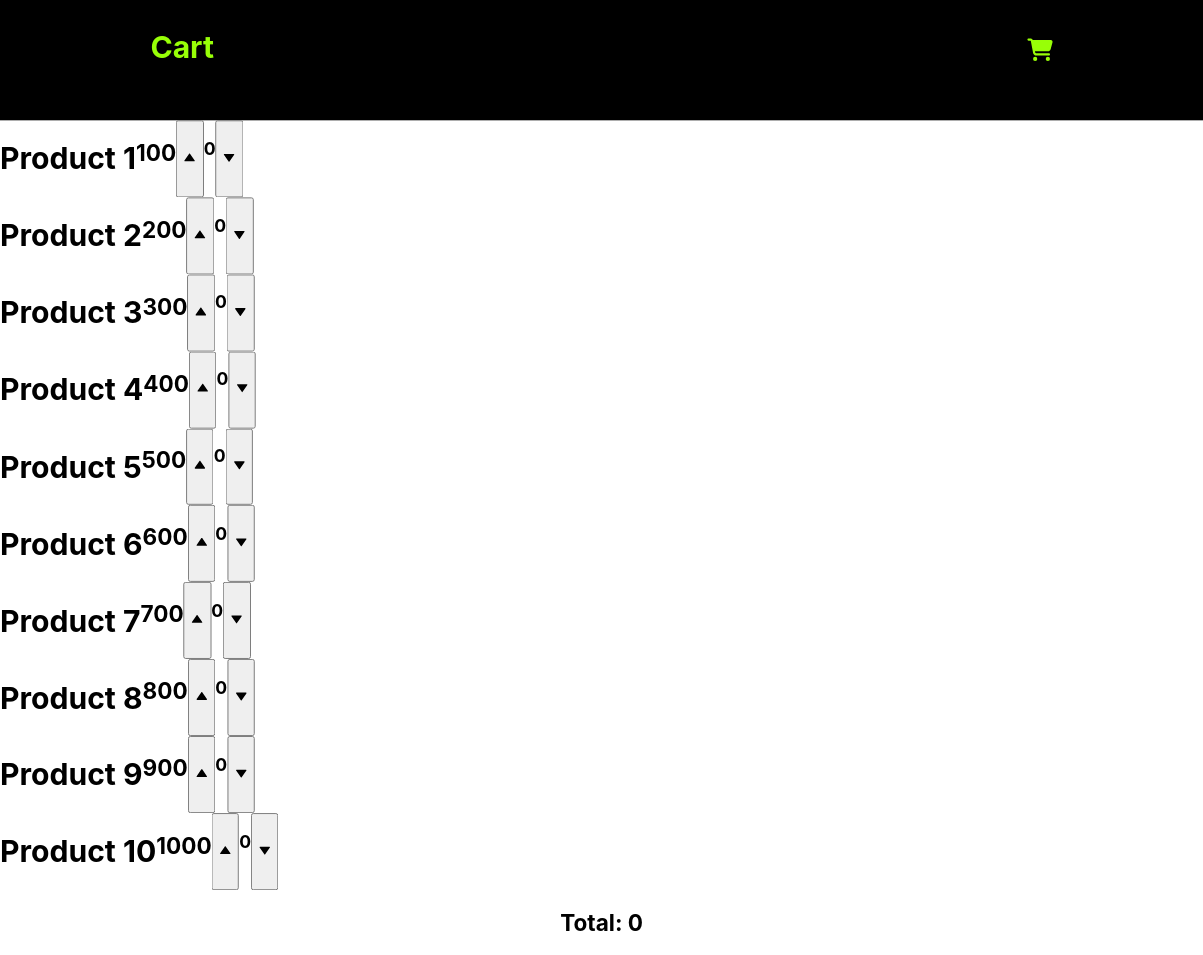
Repository: sriram1224/Cart-react-app
Page: /
An editor plug-in stored every save of this project. The page is shown before and after the next save, followed by the edit.
The browser window is 1280 px wide. The pictures show the whole page, at 94% of full size.
The project was rebuilt for these pictures with package versions that can differ from the ones it lists, and the page was loaded fresh each time.

Above is the page before, as saved 2024-03-12 21:24:39.

### src/App.js
import Nav from "./Components/Nav.js"
import './App.css';
import Cart from './Components/cart.js';
function App() {
  return (
    <div className="App">

      <Cart />
    </div>
  );
}

export default App;

### src/Components/Nav.js
import { FontAwesomeIcon } from '@fortawesome/react-fontawesome';
import { faShoppingCart } from '@fortawesome/free-solid-svg-icons';
import './Navbar.css';

function Navbar({ cartItems }) {
      console.log(cartItems);
    return (

      <div className="nav-container">
      <div className="cart">
          <div className="heading">
              <h1>
              Cart
              </h1>
          </div>
      <h1>
        <div className="cart-icon-container">
          <FontAwesomeIcon icon={faShoppingCart} className="cart-icon" />
          {cartItems > 0 && (
            <span className="cart-count">{cartItems}</span>
          )}
        </div>

      </h1>
    </div>
      </div>
  );
}

export default Navbar;

### src/Components/cart.js
import React, { useState, useEffect } from "react";
import { BiSolidUpArrow, BiSolidDownArrow } from "react-icons/bi";
import Nav from './Nav'
import './cart.css'
function Cart() {
    const [products, setProducts] = useState([
        { id: "1", name: "Product 1", price: 100, quantity: 0 },
        { id: "2", name: "Product 2", price: 200, quantity: 0 },
        { id: "3", name: "Product 3", price: 300, quantity: 0 },
        { id: "4", name: "Product 4", price: 400, quantity: 0 },
        { id: "5", name: "Product 5", price: 500, quantity: 0 },
        { id: "6", name: "Product 6", price: 600, quantity: 0 },
        { id: "7", name: "Product 7", price: 700, quantity: 0 },
        { id: "8", name: "Product 8", price: 800, quantity: 0 },
        { id: "9", name: "Product 9", price: 900, quantity: 0 },
        { id: "10", name: "Product 10", price: 1000, quantity: 0 }
    ]);

    const [total, setTotal] = useState(0);
    const [cartItems, setCartItems] = useState(0);

    useEffect(() => {
        let newCartItems = 0;
        products.forEach(product => {
            newCartItems += product.quantity;
        });
        setCartItems(newCartItems);
    }, [products]);

    const increaseQuantity = (index) => {
        const updatedProducts = [...products];
        updatedProducts[index].quantity++;
        setProducts(updatedProducts);
        updateTotal();
    };

    const decreaseQuantity = (index) => {
        const updatedProducts = [...products];
        if (updatedProducts[index].quantity > 0) {
            updatedProducts[index].quantity--;
            setProducts(updatedProducts);
            updateTotal();
        }
    };

    const updateTotal = () => {
        let newTotal = 0;
        products.forEach((product) => {
            newTotal += product.quantity * product.price;
        });
        setTotal(newTotal);
    };

    return (

        <div>
             <Nav cartItems={cartItems} />
         <div className="">

            {products.map((product, index) => {
                return (
                    <div className="product-container" key={index}>
                        <h1>{product.name}</h1>
                        <h2>{product.price}</h2>
                        <button onClick={() => increaseQuantity(index)}>
                            <BiSolidUpArrow />
                        </button>
                        <h3>{product.quantity}</h3>
                        <button onClick={() => decreaseQuantity(index)}>
                            <BiSolidDownArrow />
                        </button>
                    </div>
                );
            })}
            <h2>Total: {total}</h2>

        </div>
        </div>
    );
}

export default Cart;

### src/Components/Navbar.css
.cart-icon-container {
    position: relative;
    display: inline-block;
}

.cart-icon {
    font-size: 1.5rem;
    color: rgb(152, 255, 7);
    /* Adjust the size as needed */
}

.cart-count {
    position: absolute;
    top: -10px;
    /* Adjust the vertical positioning */
    right: -10px;
    /* Adjust the horizontal positioning */
    background-color: red;
    color: white;
    border-radius: 50%;
    padding: 2px 6px;
    font-size: 0.8rem;
    /* Adjust the font size as needed */
}

.cart{
    display: flex;
    justify-content: space-between;
    margin: 0 10rem;
    align-items: center;
    padding-top: 10px;

}

.heading{
text-align: center;
color: rgb(152, 255, 7);
}

.nav-container{
    width: 100%;
    height: 8rem;
    background-color:rgb(0, 0, 0)
}

### src/Components/cart.css
.product-container{
    display: flex;
}

Loaded but not shown: public/index.html (common file); src/index.js (common file); src/index.css (common file); src/reportWebVitals.js (common file); src/App.css (common file)

After the next save:
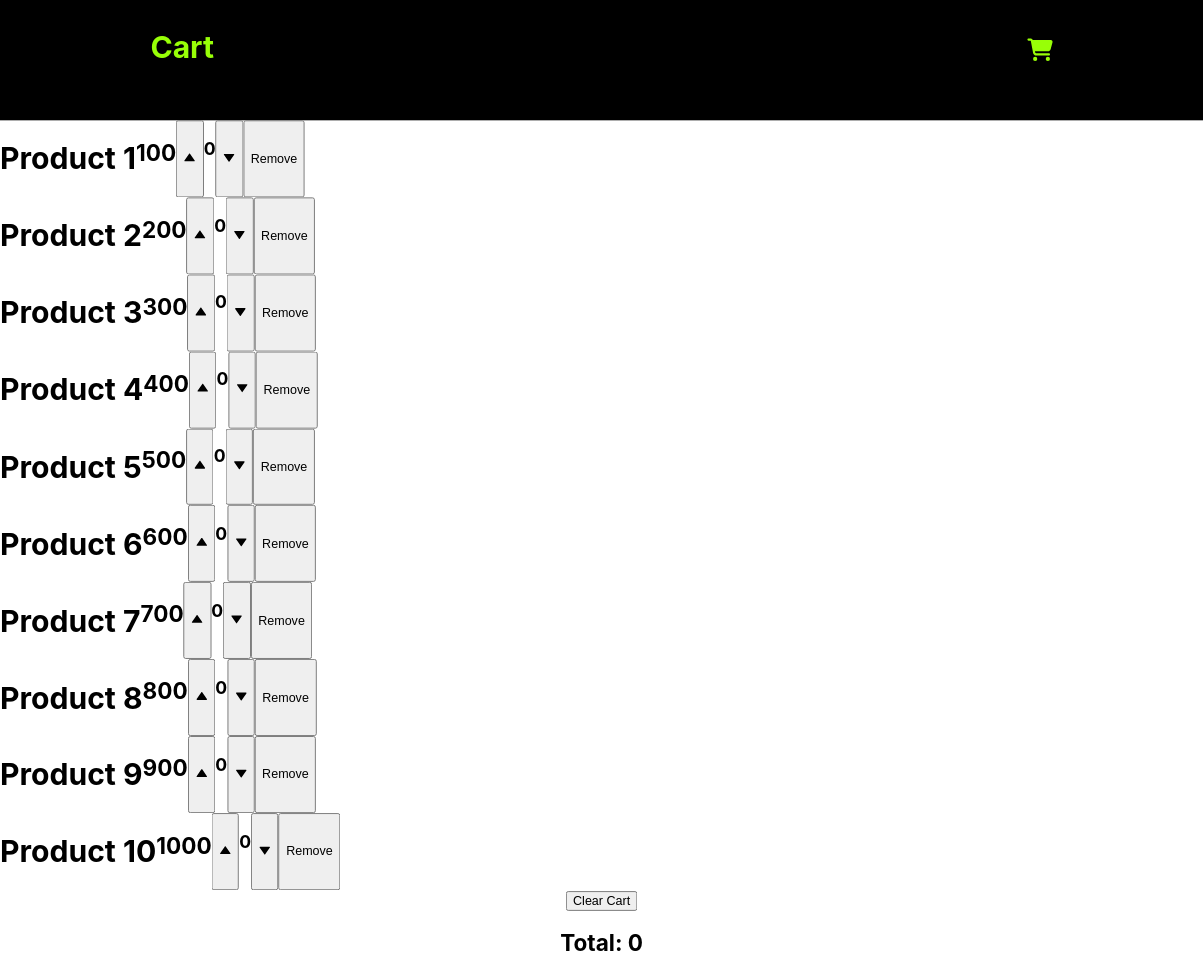
Saved 2 min 20 s later.
--- a/src/Components/cart.js
+++ b/src/Components/cart.js
@@ -2,6 +2,7 @@ import React, { useState, useEffect } from "react";
 import { BiSolidUpArrow, BiSolidDownArrow } from "react-icons/bi";
 import Nav from './Nav'
 import './cart.css'
+
 function Cart() {
     const [products, setProducts] = useState([
         { id: "1", name: "Product 1", price: 100, quantity: 0 },
@@ -51,30 +52,45 @@ function Cart() {
         setTotal(newTotal);
     };
 
+    const clearCart = () => {
+        const clearedProducts = products.map((product) => {
+            return { ...product, quantity: 0 };
+        });
+        setProducts(clearedProducts);
+        setTotal(0);
+        setCartItems(0);
+    };
+
+    const removeFromCart = (index) => {
+        const updatedProducts = [...products];
+        updatedProducts.splice(index, 1);
+        setProducts(updatedProducts);
+        updateTotal();
+    };
+
     return (
-
         <div>
-             <Nav cartItems={cartItems} />
-         <div className="">
-
-            {products.map((product, index) => {
-                return (
-                    <div className="product-container" key={index}>
-                        <h1>{product.name}</h1>
-                        <h2>{product.price}</h2>
-                        <button onClick={() => increaseQuantity(index)}>
-                            <BiSolidUpArrow />
-                        </button>
-                        <h3>{product.quantity}</h3>
-                        <button onClick={() => decreaseQuantity(index)}>
-                            <BiSolidDownArrow />
-                        </button>
-                    </div>
-                );
-            })}
-            <h2>Total: {total}</h2>
-
-        </div>
+            <Nav cartItems={cartItems} />
+            <div className="">
+                {products.map((product, index) => {
+                    return (
+                        <div className="product-container" key={index}>
+                            <h1>{product.name}</h1>
+                            <h2>{product.price}</h2>
+                            <button onClick={() => increaseQuantity(index)}>
+                                <BiSolidUpArrow />
+                            </button>
+                            <h3>{product.quantity}</h3>
+                            <button onClick={() => decreaseQuantity(index)}>
+                                <BiSolidDownArrow />
+                            </button>
+                            <button onClick={() => removeFromCart(index)}>Remove</button>
+                        </div>
+                    );
+                })}
+                <button onClick={clearCart}>Clear Cart</button>
+                <h2>Total: {total}</h2>
+            </div>
         </div>
     );
 }
